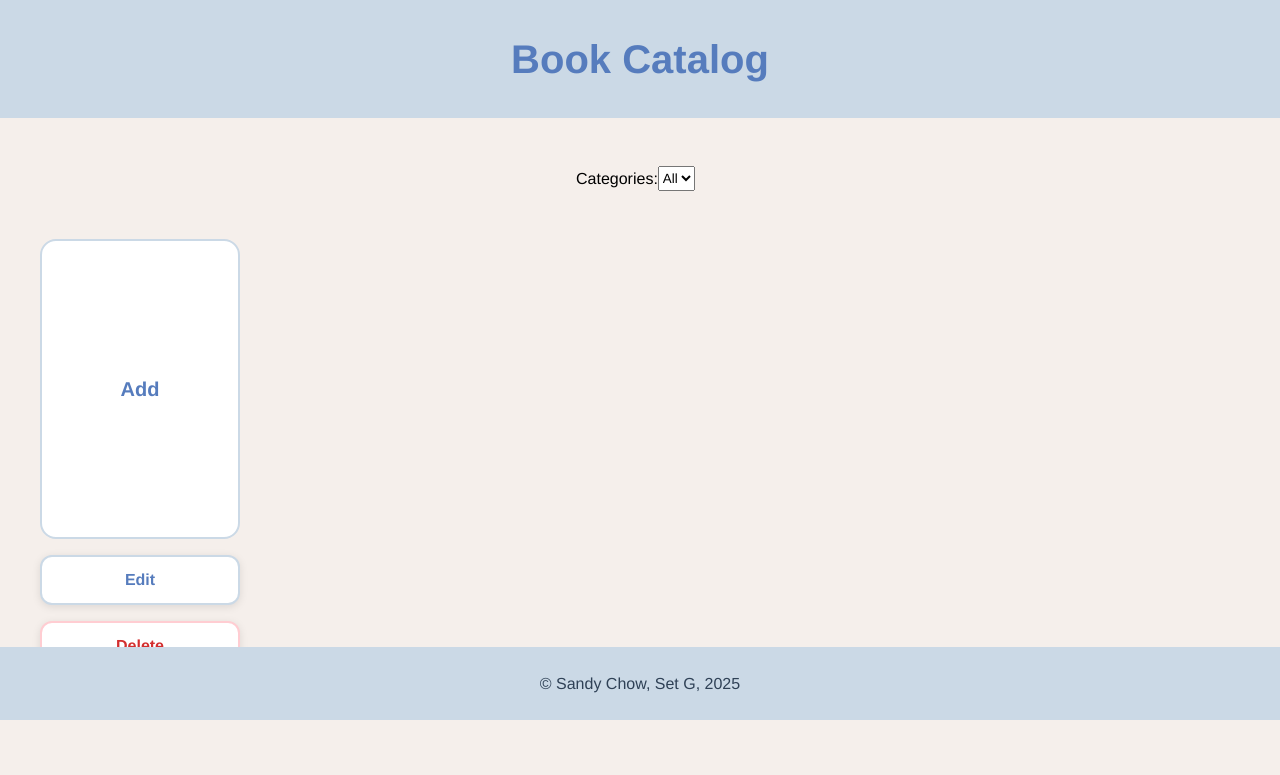
Repository: Bcit-sandy/COMP3170_Lab7
Page: /
An editor plug-in stored every save of this project. The page is shown before and after the next save, followed by the edit.
The browser window is 1280 px wide. The pictures show the whole page.
The project was rebuilt for these pictures with package versions that can differ from the ones it lists, and the page was loaded fresh each time. Also part of the build but not shown: vite.config.js, src/components/Info.jsx, src/components/Book.jsx.

Above is the page before, as saved 2025-10-25 23:44:13.

After the next save:
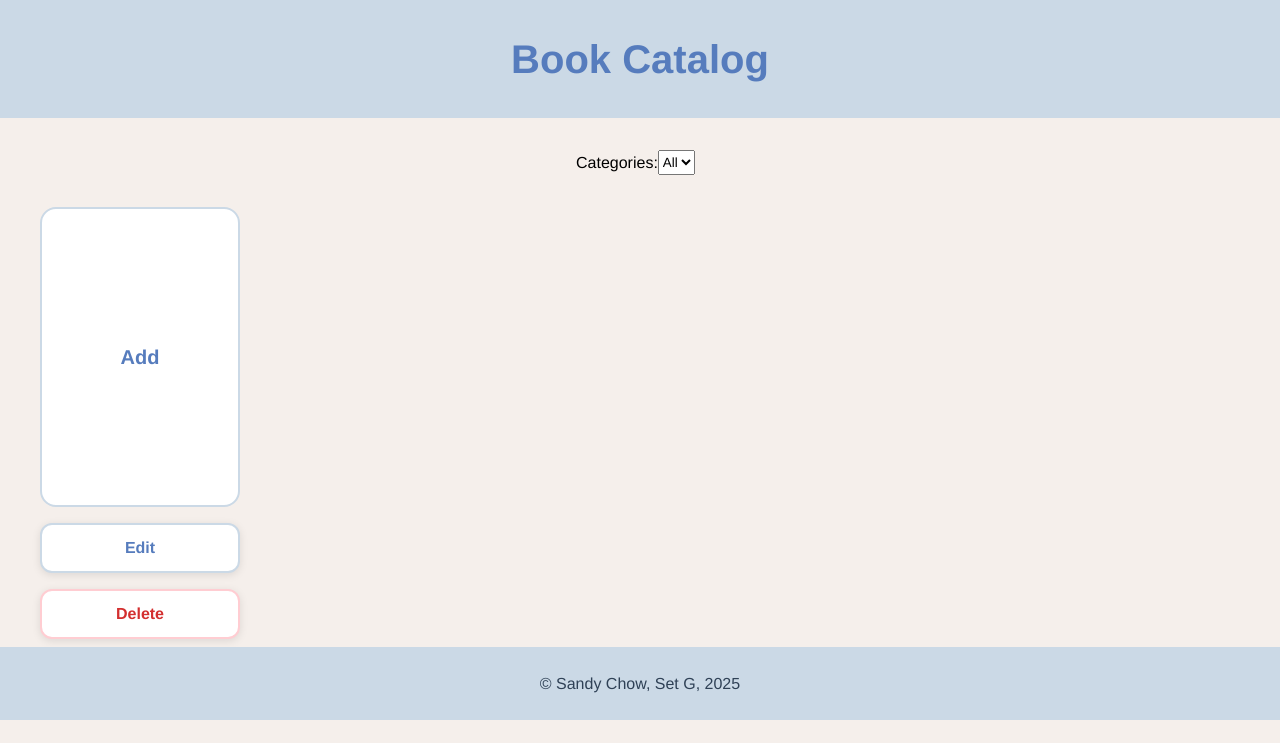
Saved 11 s later.
--- a/src/components/Filter/Filter.css
+++ b/src/components/Filter/Filter.css
@@ -3,7 +3,6 @@
     flex-direction: row;
     align-items: left;
     justify-content: left;
-    padding: 1rem 0;
     background-color: var(--beige-color);
     width: 10%;
 }
